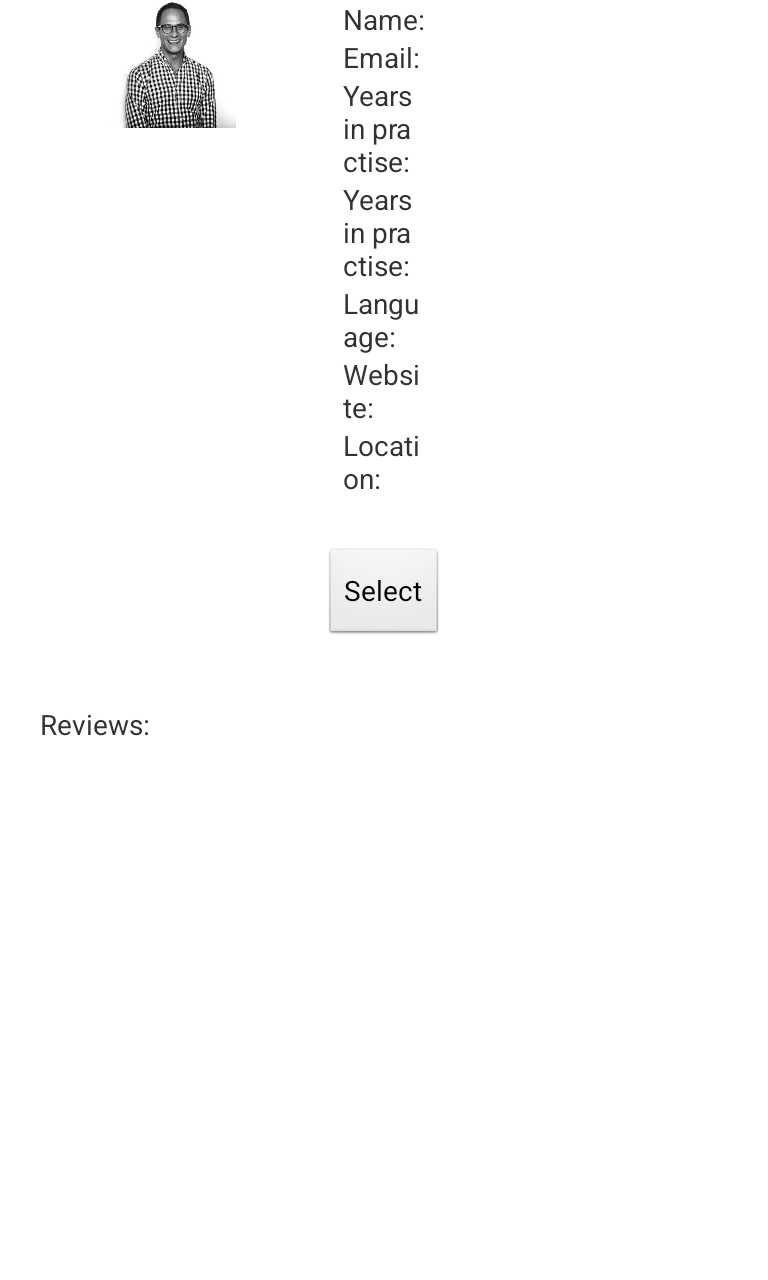
Repository: ladsumit/hackathon
Layout: VisaValetRelaunch/res/layout/lawyer_profile.xml
An editor plug-in stored every save of this project. The layout is shown before and after the next save, followed by the edit.
It is drawn on a 768 x 1280 px phone screen (xhdpi) without system bars, with theme AppTheme; the app's code is not run. Lists and similar views that code fills are empty.

Above is the layout before, as saved 2015-05-31 21:51:05.

After the next save:
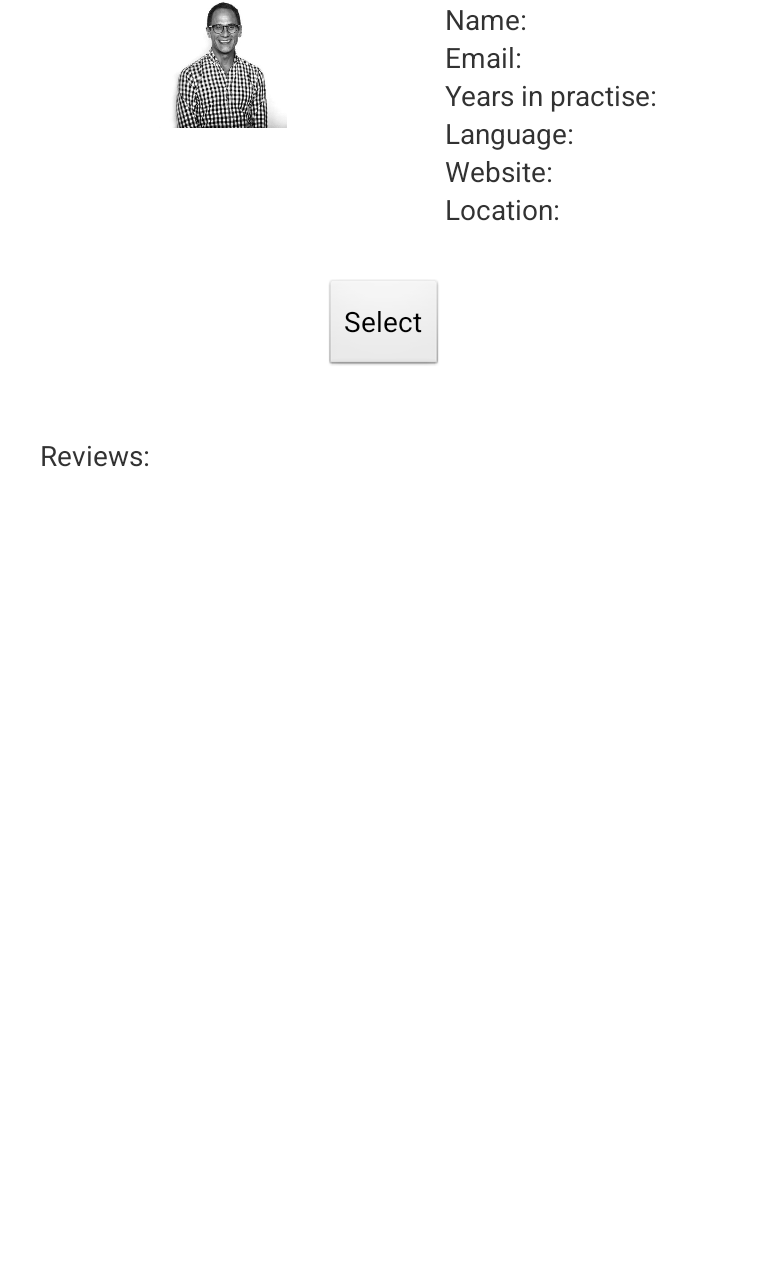
Saved 63 s later.
--- a/VisaValetRelaunch/res/layout/lawyer_profile.xml
+++ b/VisaValetRelaunch/res/layout/lawyer_profile.xml
@@ -7,8 +7,9 @@
         android:id="@+id/linearLayout1"
         android:layout_width="wrap_content"
         android:layout_height="wrap_content"
+        android:layout_alignParentRight="true"
         android:layout_alignTop="@+id/quickContactBadge1"
-        android:layout_centerHorizontal="true"
+        android:layout_toRightOf="@+id/button1"
         android:orientation="vertical" >
 
         <LinearLayout
@@ -41,18 +42,6 @@
 
             <TextView
                 android:id="@+id/TextView05"
-                android:layout_width="wrap_content"
-                android:layout_height="wrap_content"
-                android:text="Years in practise:" />
-
-        </LinearLayout>
-
-        <LinearLayout
-            android:layout_width="match_parent"
-            android:layout_height="wrap_content" >
-
-            <TextView
-                android:id="@+id/TextView04"
                 android:layout_width="wrap_content"
                 android:layout_height="wrap_content"
                 android:text="Years in practise:" />
